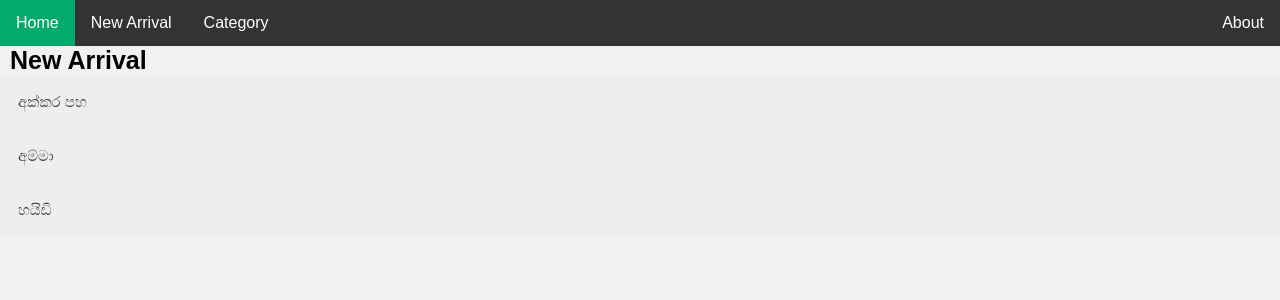
Repository: RPSKumara/DPEdudationPyhton
Page: ResponsiveWebAssigment/newArival.html
The author's editor kept a copy of each file at every save. The page is drawn from the files as they stood at one save, then again after the next save.
The browser window is 1280 px wide. The pictures show the whole page.

Above is the page before, as saved 2022-04-22 20:24:29.

### ResponsiveWebAssigment/newArival.html
<!DOCTYPE html>
<html>
	<head>
		<meta name="viewport" content="width=device-width, initial-scale=1" />
		<link rel="stylesheet" href="style.css" />
		<style>
			.header {
				font-size: 25px;
				padding-left: 10px;
			}
			.accordion {
				background-color: #eee;
				color: #444;
				cursor: pointer;
				padding: 18px;
				width: 100%;
				border: none;
				text-align: left;
				outline: none;
				font-size: 15px;
				transition: 0.4s;
			}
            .container{
                width: 80%;
                margin: auto;
            }
			.active,
			.accordion:hover {
				background-color: #ccc;
			}

			.panel {
				padding: 0 18px;
				display: none;
				background-color: white;
				overflow: hidden;
			}
		</style>
	</head>
	<body>
		<ul class="navigationBar">
			<li><a class="active" href="index.html">Home</a></li>
			<li><a href="#newArrival">New Arrival</a></li>
			<li><a href="category.html">Category</a></li>
			<li class="right"><a href="https://open.uom.lk">About</a></li>
		</ul>
		<div class="continer">
			<h1 class="header">New Arrival</h1>
			<button class="accordion">අක්කර පහ</button>
			<div class="panel">
				<p>
					Lorem ipsum dolor sit amet, consectetur adipisicing elit, sed do
					eiusmod tempor incididunt ut labore et dolore magna aliqua. Ut enim ad
					minim veniam, quis nostrud exercitation ullamco laboris nisi ut
					aliquip ex ea commodo consequat.
				</p>
			</div>

			<button class="accordion">අම්මා</button>
			<div class="panel">
				<p>
					Lorem ipsum dolor sit amet, consectetur adipisicing elit, sed do
					eiusmod tempor incididunt ut labore et dolore magna aliqua. Ut enim ad
					minim veniam, quis nostrud exercitation ullamco laboris nisi ut
					aliquip ex ea commodo consequat.
				</p>
			</div>

			<button class="accordion">හයිඩි</button>
			<div class="panel">
				<p>
					Lorem ipsum dolor sit amet, consectetur adipisicing elit, sed do
					eiusmod tempor incididunt ut labore et dolore magna aliqua. Ut enim ad
					minim veniam, quis nostrud exercitation ullamco laboris nisi ut
					aliquip ex ea commodo consequat.
				</p>
			</div>
		</div>
		<script>
			var acc = document.getElementsByClassName('accordion');
			var i;

			for (i = 0; i < acc.length; i++) {
				acc[i].addEventListener('click', function () {
					this.classList.toggle('active');
					var panel = this.nextElementSibling;
					if (panel.style.display === 'block') {
						panel.style.display = 'none';
					} else {
						panel.style.display = 'block';
					}
				});
			}
		</script>
	</body>
</html>

### ResponsiveWebAssigment/style.css
* {
	margin: 0;
	padding: 0;
	box-sizing: border-box;
}
body {
	background-color: #f1f1f1;
	font-family: Arial;
}

/* ------------------------------------ Style for Navigation Bar ------------------------------------ */
ul.navigationBar {
	list-style-type: none;
	margin: 0;
	padding: 0;
	overflow: hidden;
	background-color: #333;
}

ul.navigationBar li {
	float: left;
}

ul.navigationBar li a {
	display: block;
	color: white;
	text-align: center;
	padding: 14px 16px;
	text-decoration: none;
}

ul.navigationBar li a:hover:not(.active) {
	background-color: #04aa6d41;
}

ul.navigationBar li a.active {
	background-color: #04aa6d;
}

ul.navigationBar li.right {
	float: right;
}

@media screen and (max-width: 600px) {
	ul.navigationBar li.right,
	ul.navigationBar li {
		float: none;
	}
}
/* ------------------------------------ Style for Image Viewer ------------------------------------ */

/* Center website */
.imageMainContain {
	max-width: 1000px;
	margin: auto;
}

.imageRow {
	margin: 8px -16px;
}

/* Add padding BETWEEN each imageColumn */
.imageRow,
.imageRow > .imageColumn {
	padding: 8px;
}

/* Create four equal imageColumns that floats next to each other */
.imageColumn {
	float: left;
	width: 25%;
}

/* Clear floats after imageRows */
.imageRow:after {
	imagecontent: '';
	display: table;
	clear: both;
}


/* imageContent */
.imageContent {
	background-color: white;
	padding: 10px;
	border: solid white;
	border-radius: 5%;
	box-shadow: 0 4px 8px 0 rgba(0, 0, 0, 0.2), 0 6px 20px 0 rgba(0, 0, 0, 0.19);
	-webkit-border-radius: 5%;
	-moz-border-radius: 5%;
	-ms-border-radius: 5%;
	-o-border-radius: 5%;
}
.imageContent h3{
	text-align: center;
	padding-bottom: 10px;
	font-size: 30px;
}
/* Responsive layout - makes a two imageColumn-layout instead of four imageColumns */
@media screen and (max-width: 900px) {
	.imageColumn {
		width: 50%;
	}
}

/* Responsive layout - makes the two imageColumns stack on top of each other instead of next to each other */
@media screen and (max-width: 600px) {
	.imageColumn {
		width: 100%;
	}
}
/* ------------------------------------ Style for Table ------------------------------------ */
table {
	margin: auto;
	margin-top: 15px;
	border-collapse: collapse;
	border-spacing: 0;
	width: 80%;
	border: 1px solid #ddd;
}

th,
td {
	text-align: center;
	padding: 16px;
}

th:first-child,
td:first-child {
	text-align: left;
}
th {
	background-color: grey;
}
tr {
	border-bottom: 1px solid gray;
}

tr:hover {
	background-color: grey;
}

.fa-check {
	color: green;
}

.fa-remove {
	color: red;
}

After the next save:
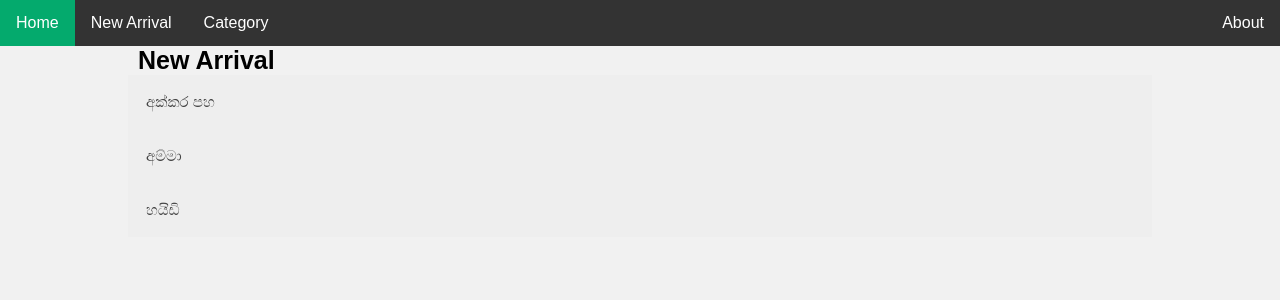
Saved 26 s later.
--- a/ResponsiveWebAssigment/newArival.html
+++ b/ResponsiveWebAssigment/newArival.html
@@ -20,7 +20,7 @@
 				font-size: 15px;
 				transition: 0.4s;
 			}
-            .container{
+            .continer{
                 width: 80%;
                 margin: auto;
             }
